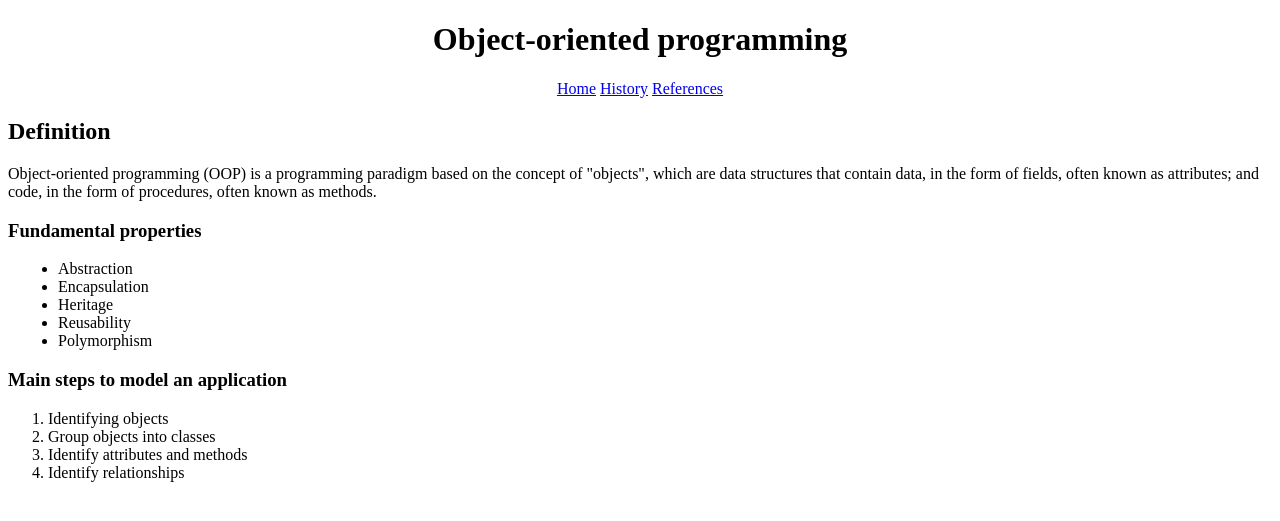
Repository: ReyesEvan/8.-Septimo_semestre
Page: Aplicaciones_en_ambientes_distribuidos/OOP/V3/home.html
An editor plug-in stored every save of this project. The page is shown before and after the next save, followed by the edit.
The browser window is 1280 px wide. The pictures show the whole page.

Above is the page before, as saved 2019-09-30 18:27:58.

### Aplicaciones_en_ambientes_distribuidos/OOP/V3/home.html
<!DOCTYPE html>
<html>
    <head>
        <link type="text/css" rel="stylesheet" href="main.css">
    </head>
    <body>
        <div class='header'>
            <h1>Object-oriented programming</h1>
            <ul class="nav">
                <li><a href="home.html">Home</a></li>
                <li><a href="history.html">History</a></li>
                <li><a href="references.html">References</a></li>
            </ul>
        </div>
        <div class='main-content'>
            <h2>Definition</h2>
            <p>Object-oriented programming (OOP) is a programming paradigm based on the concept of "objects", which are data structures that contain data, in the form of fields, often known as attributes; and code, in the form of procedures, often known as methods.
            </p>
            <h3>Fundamental properties</h3>
            <ul>
                <li>Abstraction</li>
                <li>Encapsulation</li>
                <li>Heritage</li>
                <li>Reusability</li>
                <li>Polymorphism</li>
            </ul>
            <h3>Main steps to model an application</h3>
            <ol>
                <li>Identifying objects</li>
                <li>Group objects into classes</li>
                <li>Identify attributes and methods</li>
                <li>Identify relationships</li>
            </ol>
        </div>
    </body>
</html>

### Aplicaciones_en_ambientes_distribuidos/OOP/V3/main.css
body {
    padding: 0;
}

h1 {
    color: #ffffff
    margin-bottom: 15px;
    text-align: center;
}

ul {
    padding: 0 0 0 50px;
}

.nav {
    padding-left: 0;
    margin: 5px 0 20px;
    text-align: center;
}

.nav li {
    display: inline;
}

After the next save:
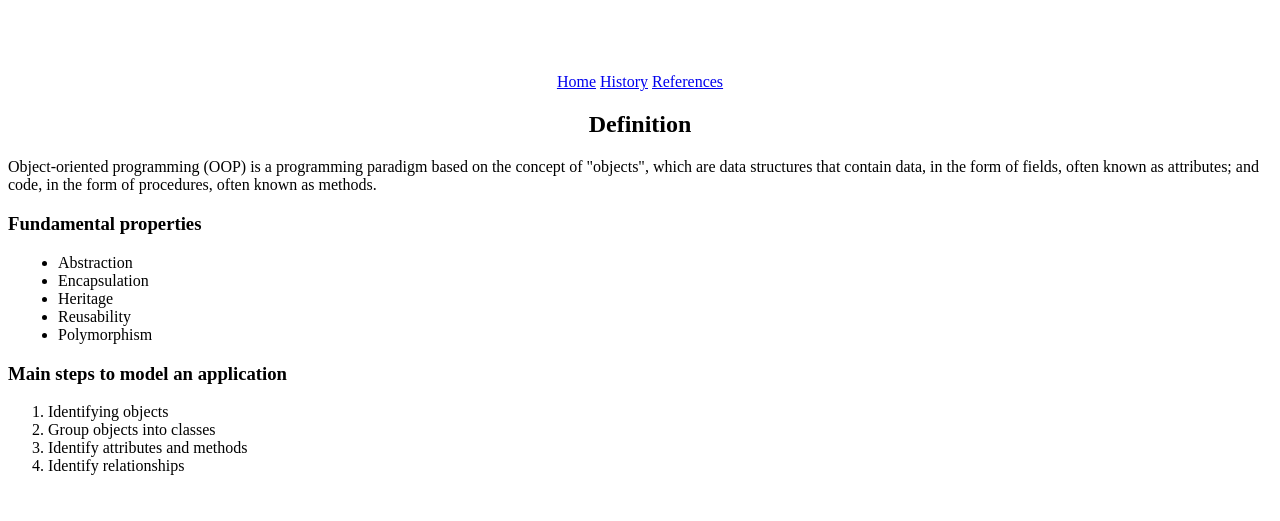
Saved 31 s later.
--- a/Aplicaciones_en_ambientes_distribuidos/OOP/V3/main.css
+++ b/Aplicaciones_en_ambientes_distribuidos/OOP/V3/main.css
@@ -3,9 +3,14 @@ body {
 }
 
 h1 {
-    color: #ffffff
+    color: #ffffff;
     margin-bottom: 15px;
     text-align: center;
+}
+
+h2 {
+    margin: 10px 0 20px 0;
+    text-align: center
 }
 
 ul {
